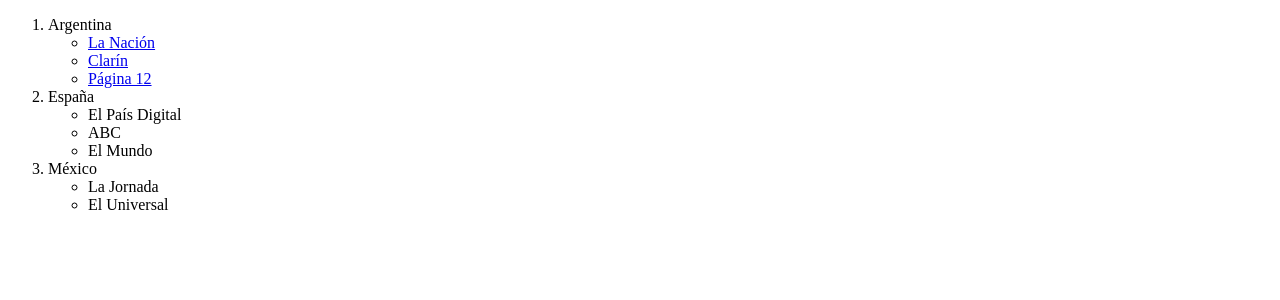
Repository: ThePerez/ArgProg
Page: Practicas ArgProg/Practica 2/Ejercicio4.html
The author's editor kept a copy of each file at every save. The page is drawn from the files as they stood at one save, then again after the next save.
The browser window is 1280 px wide. The pictures show the whole page.

Above is the page before, as saved 2023-03-06 13:17:56.

### Practicas ArgProg/Practica 2/Ejercicio4.html
<!DOCTYPE html>
<html lang="en">

<head>
     <meta charset="UTF-8">
     <meta http-equiv="X-UA-Compatible" content="IE=edge">
     <meta name="viewport" content="width=device-width, initial-scale=1.0">
     <title>Ejercicio 4</title>
</head>

<body>
     <ol>
          <li>Argentina</li>
               <ul>
                    <li><a href="https://www.lanacion.com.ar/">La Nación</a></li>
                    <li><a href="https://www.clarin.com/">Clarín</a></li>
                    <li><a href="https://www.pagina12.com.ar/">Página 12</a></li>
               </ul>
          <li>España</li>
               <ul>
                    <li>El País Digital</li>
                    <li>ABC</li>
                    <li>El Mundo</li>
               </ul>
          <li>México</li>
               <ul>
                    <li>La Jornada</li>
                    <li>El Universal</li>
               </ul>
     </ol>
</body>

</html>

After the next save:
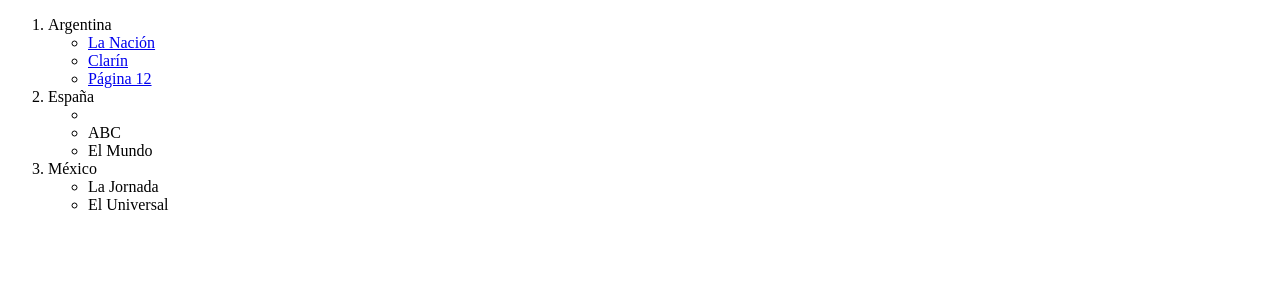
Saved 49 s later.
--- a/Practicas ArgProg/Practica 2/Ejercicio4.html
+++ b/Practicas ArgProg/Practica 2/Ejercicio4.html
@@ -18,7 +18,7 @@
                </ul>
           <li>España</li>
                <ul>
-                    <li>El País Digital</li>
+                    <li><a href=""></a></li>
                     <li>ABC</li>
                     <li>El Mundo</li>
                </ul>
